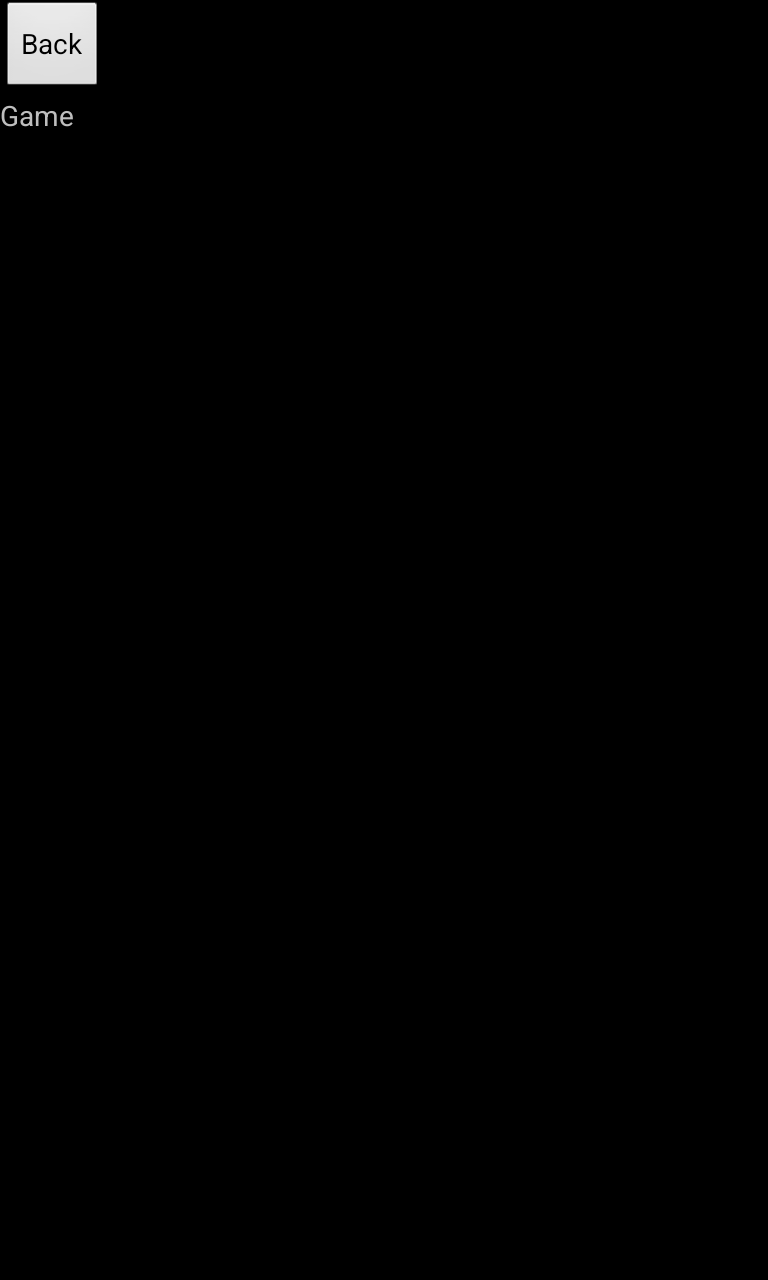
Repository: simplesns/workspace
Layout: eclipse/DEPuzzles/res/layout/summary.xml
An editor plug-in stored every save of this project. The layout is shown before and after the next save, followed by the edit.
It is drawn on a 768 x 1280 px phone screen (xhdpi) without system bars, with theme android:Theme; the app's code is not run.

Above is the layout before, as saved 2011-01-30 10:25:24.

### eclipse/DEPuzzles/res/layout/summary.xml
<?xml version="1.0" encoding="utf-8"?>
<LinearLayout xmlns:android="http://schemas.android.com/apk/res/android"
	android:layout_width="fill_parent" android:layout_height="fill_parent"
	android:orientation="vertical">
	<Button android:text="Back" android:id="@+id/SummaryBack" android:layout_width="wrap_content" android:layout_height="wrap_content"></Button><TextView android:text="Game" android:id="@+id/SummaryGame"
		android:layout_width="fill_parent" android:layout_height="wrap_content"></TextView>
	<LinearLayout android:id="@+id/LinearLayout01"
		android:layout_width="fill_parent" android:layout_height="wrap_content">
		<TextView android:text="@+id/TextView02" android:id="@+id/SummaryTitle1"
			android:layout_width="wrap_content" android:layout_height="wrap_content"></TextView>
		<TextView android:text="@+id/TextView03" android:id="@+id/SummaryText1"
			android:layout_width="wrap_content" android:layout_height="wrap_content"></TextView>
	</LinearLayout>
	<LinearLayout android:id="@+id/LinearLayout01"
		android:layout_width="fill_parent" android:layout_height="wrap_content">
		<TextView android:text="@+id/TextView02" android:id="@+id/SummaryTitle2"
			android:layout_width="wrap_content" android:layout_height="wrap_content"></TextView>
		<TextView android:text="@+id/TextView03" android:id="@+id/SummaryText2"
			android:layout_width="wrap_content" android:layout_height="wrap_content"></TextView>
	</LinearLayout>
	<LinearLayout android:id="@+id/LinearLayout01"
		android:layout_width="fill_parent" android:layout_height="wrap_content">
		<TextView android:text="@+id/TextView02" android:id="@+id/SummaryTitle3"
			android:layout_width="wrap_content" android:layout_height="wrap_content"></TextView>
		<TextView android:text="@+id/TextView03" android:id="@+id/SummaryText3"
			android:layout_width="wrap_content" android:layout_height="wrap_content"></TextView>
	</LinearLayout>
	<LinearLayout android:id="@+id/LinearLayout01"
		android:layout_width="fill_parent" android:layout_height="wrap_content">
		<TextView android:text="@+id/TextView02" android:id="@+id/SummaryTitle4"
			android:layout_width="wrap_content" android:layout_height="wrap_content"></TextView>
		<TextView android:text="@+id/TextView03" android:id="@+id/SummaryText4"
			android:layout_width="wrap_content" android:layout_height="wrap_content"></TextView>
	</LinearLayout>

</LinearLayout>

After the next save:
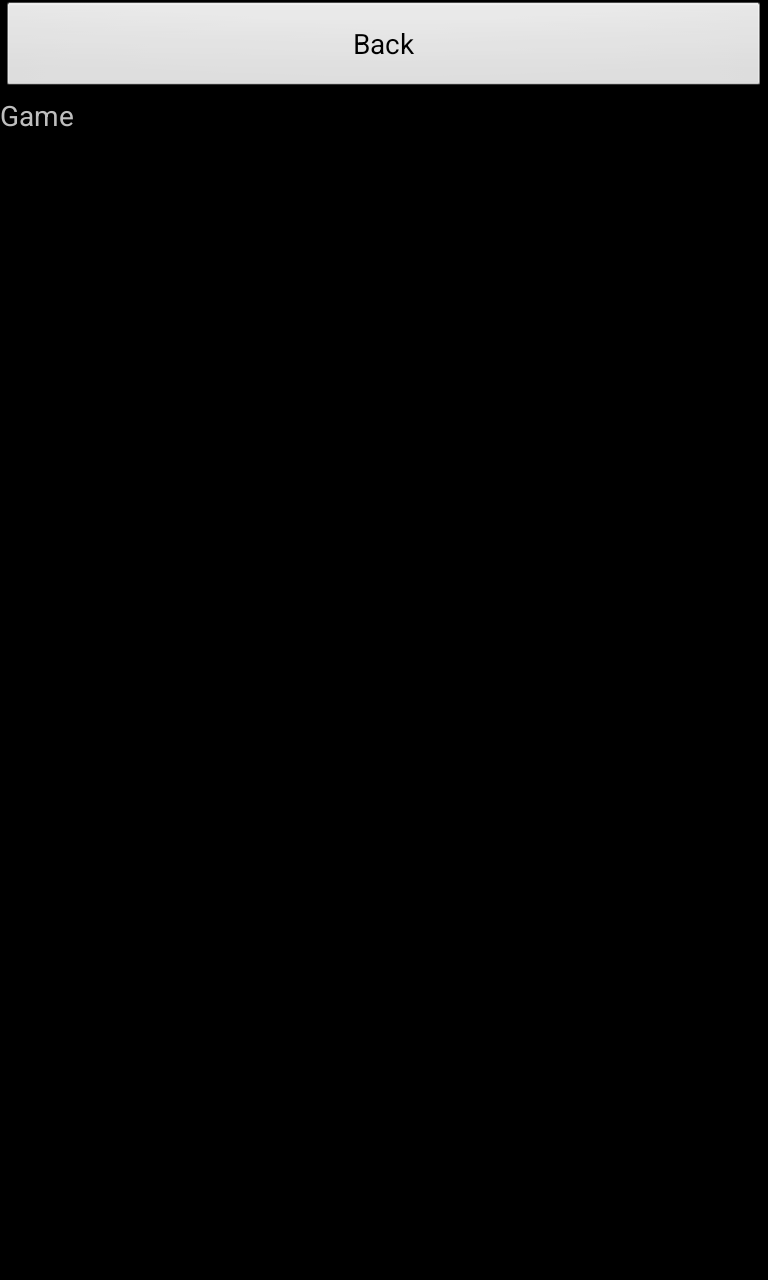
Saved 8 s later.
--- a/eclipse/DEPuzzles/res/layout/summary.xml
+++ b/eclipse/DEPuzzles/res/layout/summary.xml
@@ -2,7 +2,7 @@
 <LinearLayout xmlns:android="http://schemas.android.com/apk/res/android"
 	android:layout_width="fill_parent" android:layout_height="fill_parent"
 	android:orientation="vertical">
-	<Button android:text="Back" android:id="@+id/SummaryBack" android:layout_width="wrap_content" android:layout_height="wrap_content"></Button><TextView android:text="Game" android:id="@+id/SummaryGame"
+	<Button android:text="Back" android:id="@+id/SummaryBack" android:layout_width="fill_parent" android:layout_height="wrap_content"></Button><TextView android:text="Game" android:id="@+id/SummaryGame"
 		android:layout_width="fill_parent" android:layout_height="wrap_content"></TextView>
 	<LinearLayout android:id="@+id/LinearLayout01"
 		android:layout_width="fill_parent" android:layout_height="wrap_content">
